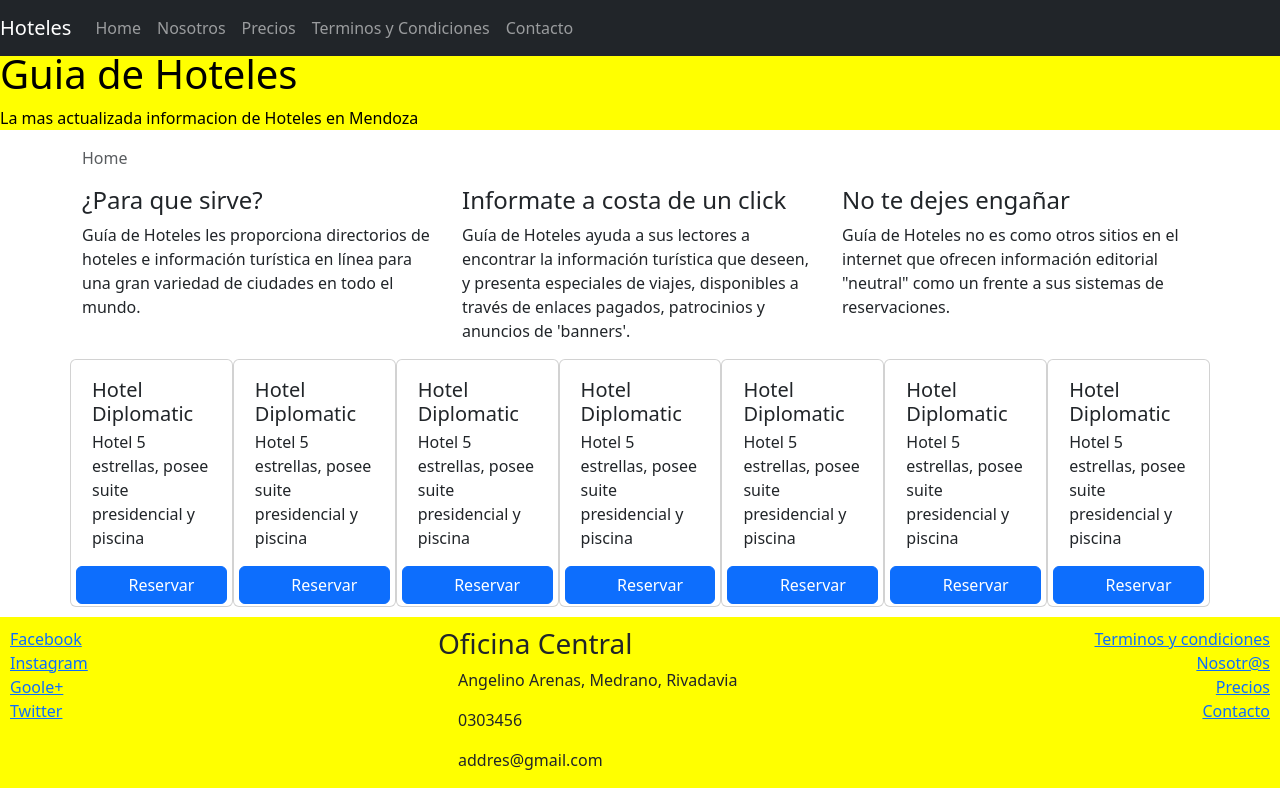
Repository: JulianMoralesSantoni/PaginaHoteles
Page: index.html
The author's editor kept a copy of each file at every save. The page is drawn from the files as they stood at one save, then again after the next save.
The browser window is 1280 px wide. The page is 1282 px wide, so the pictures cover 1282 px, including what lies to the right of the window. The pictures show the whole page.
Some web fonts or font styles are not loaded; a fallback is used. Some web libraries are served in a nearby version.

Above is the page before, as saved 2021-03-30 01:19:45.

### index.html
<!doctype html>
<html lang="en">
  <head>
    <!-- Required meta tags -->
    <meta charset="utf-8">
    <meta name="viewport" content="width=device-width, initial-scale=1, shrink-to-fit=no">

    <!-- Bootstrap CSS -->
    <link rel="stylesheet" href="node_modules/bootstrap/dist/css/bootstrap.min.css" >
    <link rel="stylesheet" href="css/main.css" >
    <link rel="stylesheet" href="node_modules/open-iconic/font/css/open-iconic-bootstrap.min.css" >

    <title>Guia de Hoteles</title>
  </head>
  <body>
    <nav class="navbar navbar-expand-md navbar-dark bg-dark fixed-top" >
      <a class="navbar-brand" href="./index.html">Hoteles</a>
      <button class="navbar-toggler" type="button" data-toggle="collapse" data-target="#navbarNav" aria-controls="navbarNav" aria-expanded="false" aria-label="Toggle navigation">
        <span class="navbar-toggler-icon"></span>
      </button>
      <div class="collapse navbar-collapse" id="navbarNav">
        <ul class="navbar-nav">
          <li class="nav-item active">
            <a class="nav-link" href="./index.html">Home </a>
          </li>
          <li class="nav-item">
            <a class="nav-link" href="./about.html">Nosotros</a>
          </li>
          <li class="nav-item">
            <a class="nav-link" href="./Precios.html">Precios</a>
          </li>
          <li class="nav-item">
            <a class="nav-link" href="#">Terminos y Condiciones</a>
          </li>
          <li class="nav-item">
            <a class="nav-link" href="./contacto.html">Contacto</a>
          </li>
        </ul>
      </div>
    </nav>
    <div class="jumbotron">
      <h1>Guia de Hoteles</h1>

      <p>La mas actualizada informacion de Hoteles en Mendoza</p>
    </div>

    <div class="container">
      <nav aria-label="breadcrumb">
        <ol class="breadcrumb">
          <li class="breadcrumb-item active" aria-current="page">Home</li>
        </ol>
      </nav>


       <div class="row">
          <div class="col-sm-4 ">
            <h4>¿Para que sirve?</h4>
                  <p>Guía de Hoteles les proporciona directorios de hoteles e información turística en línea para una gran variedad de ciudades en todo el mundo.</p>
          </div>
          <div class="col-sm-4 ">
            <h4>Informate a costa de un click</h4>
                  <p>Guía de Hoteles ayuda a sus lectores a encontrar la información turística que deseen, y presenta especiales de viajes, disponibles a través de enlaces pagados, patrocinios y anuncios de 'banners'.</p>
          </div>
          <div class="col-sm-4 ">
            <h4>No te dejes engañar</h4>

                  <p>Guía de Hoteles no es como otros sitios en el internet que ofrecen información editorial "neutral" como un frente a sus sistemas de reservaciones.</p>
          </div>



          <div class="card card-hotel d-flex flex-column justify-content-between ml-2">

            <div class="card-body">
                     <h5 class="card-title">Hotel Diplomatic</h5>
                     <h6 class="card-subtitle"></h6>
                      <p class="card-text">Hotel 5 estrellas, posee suite presidencial y piscina</p></div>
                      <div><button class="btn btn-primary  btn-reserva"><span class="oi oi-plus footer-address-icon" ></span>Reservar</button></div>
                    </div>


           <div class="card card-hotel d-flex flex-column justify-content-between ml-2">

              <div class="card-body">
                <h5 class="card-title">Hotel Diplomatic</h5>
                  <h6 class="card-subtitle"></h6>
                      <p class="card-text">Hotel 5 estrellas, posee suite presidencial y piscina</p></div>
                        <div><button class="btn btn-primary  btn-reserva"><span class="oi oi-plus footer-address-icon" ></span>Reservar</button></div>
          </div>

    <div class="card card-hotel d-flex flex-column justify-content-between ml-2">

      <div class="card-body">
               <h5 class="card-title">Hotel Diplomatic</h5>
               <h6 class="card-subtitle"></h6>
                <p class="card-text">Hotel 5 estrellas, posee suite presidencial y piscina</p></div>
                <div><button class="btn btn-primary  btn-reserva"><span class="oi oi-plus footer-address-icon" ></span>Reservar</button></div>
              </div>



     <div class="card card-hotel d-flex flex-column justify-content-between ml-2">

      <div class="card-body">
        <h5 class="card-title">Hotel Diplomatic</h5>
          <h6 class="card-subtitle"></h6>
            <p class="card-text">Hotel 5 estrellas, posee suite presidencial y piscina</p></div>
              <div><button class="btn btn-primary  btn-reserva"><span class="oi oi-plus footer-address-icon" ></span>Reservar</button></div>
    </div>

    <div class="card card-hotel d-flex flex-column justify-content-between ml-2">

      <div class="card-body">
        <h5 class="card-title">Hotel Diplomatic</h5>
          <h6 class="card-subtitle"></h6>
            <p class="card-text">Hotel 5 estrellas, posee suite presidencial y piscina</p></div>
                <div><button class="btn btn-primary  btn-reserva"><span class="oi oi-plus footer-address-icon" ></span>Reservar</button></div>
    </div>

    <div class="card card-hotel d-flex flex-column justify-content-between ml-2">

     <div class="card-body">
        <h5 class="card-title">Hotel Diplomatic</h5>
          <h6 class="card-subtitle"></h6>
            <p class="card-text">Hotel 5 estrellas, posee suite presidencial y piscina</p></div>
              <div><button class="btn btn-primary  btn-reserva"><span class="oi oi-plus footer-address-icon" ></span>Reservar</button></div>
    </div>


  <div class="card card-hotel d-flex flex-column justify-content-between ml-2">

    <div class="card-body">
             <h5 class="card-title">Hotel Diplomatic</h5>
             <h6 class="card-subtitle"></h6>
              <p class="card-text">Hotel 5 estrellas, posee suite presidencial y piscina</p></div>
              <div><button class="btn btn-primary  btn-reserva"><span class="oi oi-plus footer-address-icon" ></span>Reservar</button></div>
   </div>



    </div>
  </div>
</div>

 <footer>
   <div class="row">
     <div class="col-sm-4 d-flex flex-column ">
      <a href="http:www.facebook.com"><span class="iconic iconic-social-facebook iconic-sm" title="social facebook" aria-hidden="true"></span>Facebook</a>
      <a href="http:www.instagram">Instagram</a>
      <a href="http:www.google.com">Goole+</a>
      <a href="http:www.Twitter.com"><span class="iconic iconic-social-twitter iconic-sm" title="social twitter" aria-hidden="true"></span>Twitter</a>
     </div>
   <div class="col-sm-4">
    <address>
      <h3>Oficina Central</h3>
      <p><span class="oi oi-home footer-address-icon" ></span>Angelino Arenas, Medrano, Rivadavia</p>
      <p><span class="oi oi-phone footer-address-icon" > </span>0303456</p>
      <p><span class="oi oi-inbox footer-address-icon" ></span>addres@gmail.com</p>


    </address>
  </div>
  <div class="col-sm-4 d-flex flex-column align-items-end">
     <a href="http:www.facebook.com">Terminos y condiciones</a>
      <a href="http:www.instagram">Nosotr@s</a>
      <a href="http:www.google.com">Precios</a>
      <a href="http:www.Twitter.com">Contacto</a>


  </div>


 </footer>


    <!-- Optional JavaScript -->
    <!-- jQuery first, then Popper.js, then Bootstrap JS -->
 <!--<script src="node_modules/jquery/dist/jquery.min.js" integrity="sha384-DfXdz2htPH0lsSSs5nCTpuj/zy4C+OGpamoFVy38MVBnE+IbbVYUew+OrCXaRkfj" crossorigin="anonymous"></script>
    <script src="node_modules/popper.js/dist/popper.min.js" integrity="sha384-9/reFTGAW83EW2RDu2S0VKaIzap3H66lZH81PoYlFhbGU+6BZp6G7niu735Sk7lN" crossorigin="anonymous"></script>
    <script src="node_modules/bootstrap/dist/js/bootstrap.min.js" integrity="sha384-B4gt1jrGC7Jh4AgTPSdUtOBvfO8shuf57BaghqFfPlYxofvL8/KUEfYiJOMMV+rV" crossorigin="anonymous"></script> -->
    <script src="https://code.jquery.com/jquery-3.5.1.slim.min.js" integrity="sha384-DfXdz2htPH0lsSSs5nCTpuj/zy4C+OGpamoFVy38MVBnE+IbbVYUew+OrCXaRkfj" crossorigin="anonymous"></script>
<script src="https://cdn.jsdelivr.net/npm/bootstrap@4.5.3/dist/js/bootstrap.bundle.min.js" integrity="sha384-ho+j7jyWK8fNQe+A12Hb8AhRq26LrZ/JpcUGGOn+Y7RsweNrtN/tE3MoK7ZeZDyx" crossorigin="anonymous"></script>
  </body>
</html>

### css/main.css
.jumbotron{

	background-color: yellow;
	color:black;
	margin-top: 50px;

}


footer{
	padding: 10px 10px 0 10px;
	background-color: yellow;

	margin-bottom: : 0px;
	margin-top: 10px;

}
.card-hotel{
	flex: 1 150px;
	padding: 2px 5px 2px 5px;

}
.btn-reserva{
	width: 100%;
	position: all;


}
.footer-address-icon{

	padding-right: 20px;
}

After the next save:
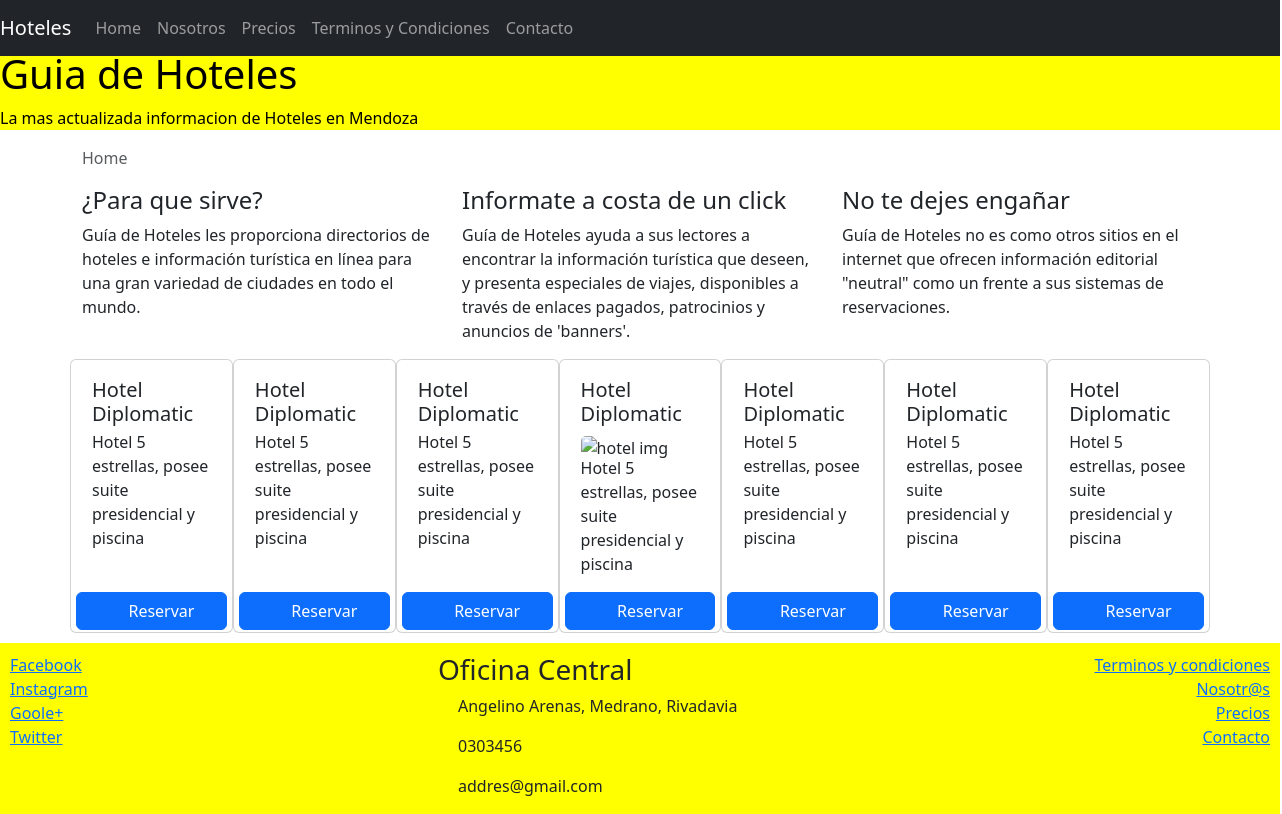
Not found: images/hotel.png
Saved 18 min 3 s later.
--- a/index.html
+++ b/index.html
@@ -103,7 +103,8 @@
 
       <div class="card-body">
         <h5 class="card-title">Hotel Diplomatic</h5>
-          <h6 class="card-subtitle"></h6>
+        <img class="card-img-top" src="images/hotel.png" alt="hotel img">
+        <h6 class="card-subtitle"></h6>
             <p class="card-text">Hotel 5 estrellas, posee suite presidencial y piscina</p></div>
               <div><button class="btn btn-primary  btn-reserva"><span class="oi oi-plus footer-address-icon" ></span>Reservar</button></div>
     </div>
